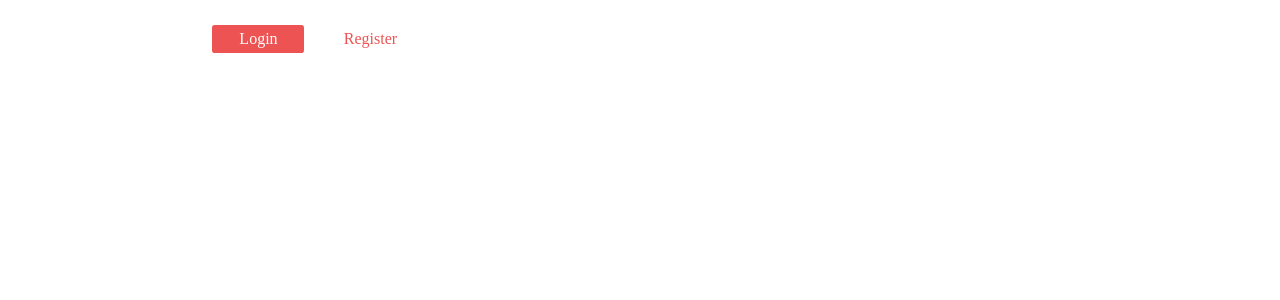
Repository: drumsmanku/final-evaluation-test
Page: / (app in client/)
These files come from the project's save history. The page is drawn as it stood at one moment and after the next save; the edit follows.
The browser window is 1280 px wide. The pictures show the whole page.
The project was rebuilt for these pictures with package versions that can differ from the ones it lists, and the page was loaded fresh each time. Also part of the build but not shown: client/src/App.css.

Above is the page before, as saved 2023-07-27 21:33:22.

After the next save:
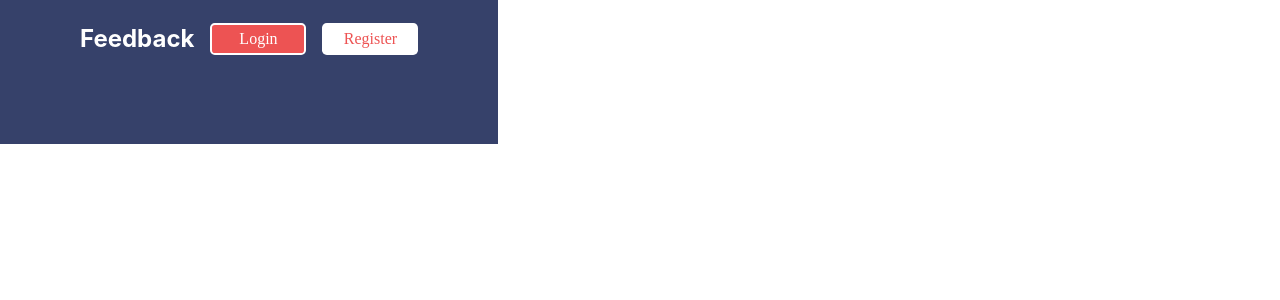
Saved 23 s later.
--- a/client/src/CSS/MainPage.css
+++ b/client/src/CSS/MainPage.css
@@ -38,3 +38,6 @@
   font-family: 'DM Sans';
   cursor: pointer;
 }
+.navbar{
+  background-color: #36416A;
+}
